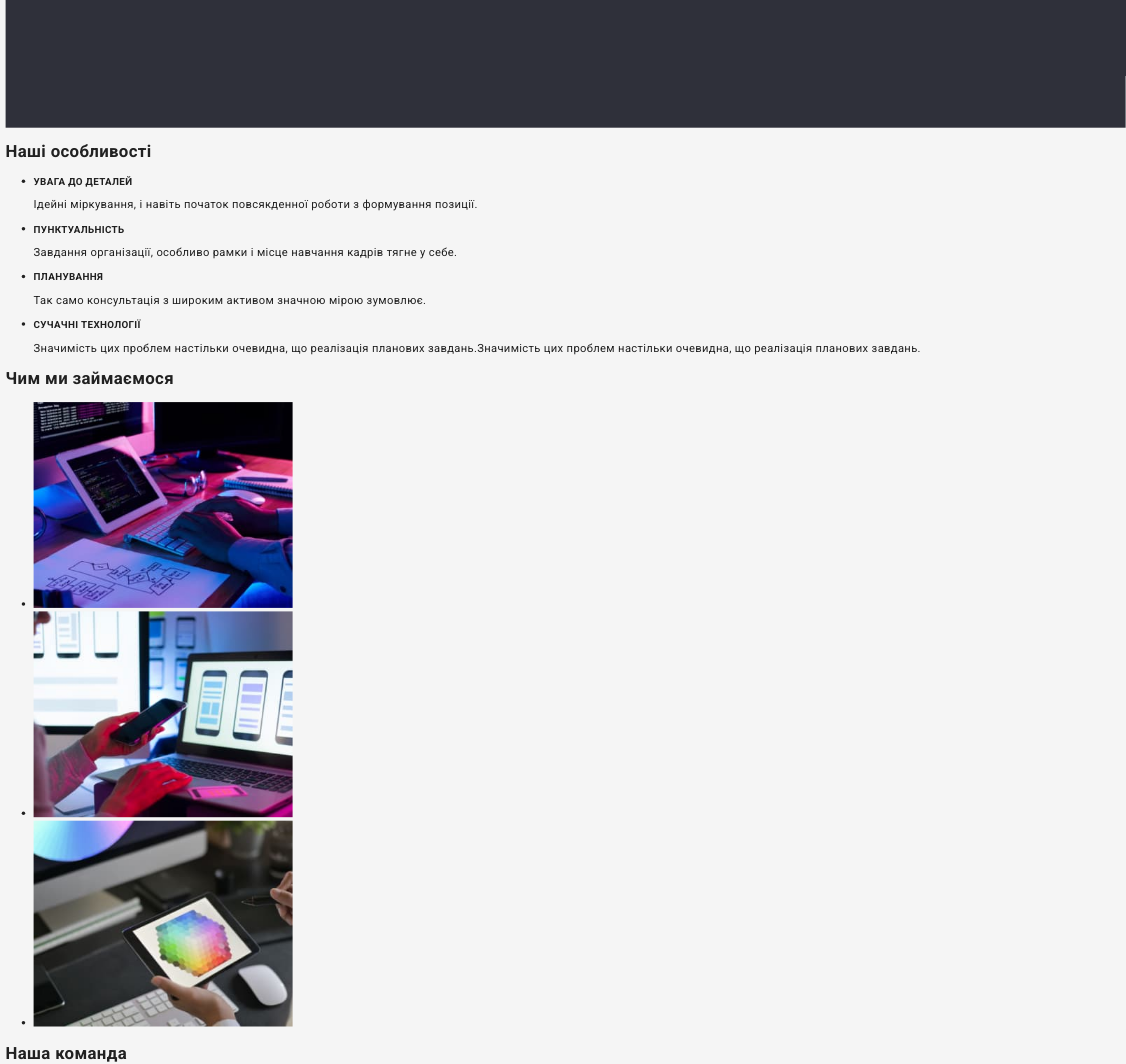
Repository: Mariia2811/goit-markup-hw-03
Page: index.html
The author's editor kept a copy of each file at every save. The page is drawn from the files as they stood at one save, then again after the next save.
The browser window is 1280 px wide. The page is 1608 px wide, so the pictures cover 1608 px, including what lies to the right of the window. The pictures show the part of the page from y = 619 to 2139 px (the page is 3711 px tall before and 3707 px after), at 70% of full size.

Above is the page before, as saved 2022-11-25 15:56:20.

### index.html
<!DOCTYPE html>
<html lang="uk">
  <head>
    <meta charset="UTF-8" />
    <meta http-equiv="X-UA-Compatible" content="IE=edge" />
    <meta name="viewport" content="width=device-width, initial-scale=1.0" />
    <title>Головна</title>
    <link rel="preconnect" href="https://fonts.googleapis.com">
    <link rel="preconnect" href="https://fonts.gstatic.com" crossorigin>
    <link
      href="https://fonts.googleapis.com/css2?family=Raleway:wght@700&family=Roboto:wght@400;500;700;900&display=swap"
      rel="stylesheet">
    <link rel="stylesheet" href="./css/styles.css">
  </head>
  <body>
    <header>
      <nav>
        <a href="./index.html" class="logo link-logo"><span class="logo-accent">Web</span>Studio</a>
        <ul class="list">
          <li><a href="./index.html" class="link nav">Студія</a></li>
          <li><a href="./portfolio.html">Портфоліо</a></li>
          <li><a href="#" class="link nav">Контакти</a></li>
        </ul>
      </nav>
      <ul class="list">
        <li><a href="mailto:info@devstudio.com" class="link contact">info@devstudio.com</a></li>
        <li><a href="tel:+380961111111" class="link contact">+38 096 111 11 11</a></li>
      </ul>
    </header>
    <main>
      <section class="hero">
        <h1 class="hero-title">Ефективні рішення для вашого бізнесу</h1>
        <button type="button" class="hero-button">Замовити послугу</button>
      </section>
      <section class="advantages">
        <h2>Наші особливості</h2>
        <ul>
          <li>
            <h3 class="advantages-title">Увага до деталей</h3>
            <p>
              Ідейні міркування, і навіть початок повсякденної роботи з
              формування позиції.
            </p>
          </li>
          <li>
            <h3 class="advantages-title">Пунктуальність</h3>
            <p>
              Завдання організації, особливо рамки і місце навчання кадрів тягне
              у себе.
            </p>
          </li>
          <li>
            <h3 class="advantages-title">Планування</h3>
            <p>
              Так само консультація з широким активом значною мірою зумовлює.
            </p>
          </li>
          <li>
            <h3 class="advantages-title">Сучачні технології</h3>
            <p>
              Значимість цих проблем настільки очевидна, що реалізація планових
              завдань.Значимість цих проблем настільки очевидна, що реалізація
              планових завдань.
            </p>
          </li>
        </ul>
      </section>
      <section class="work">
        <h2>Чим ми займаємося</h2>
        <ul>
          <li>
            <img
              src="./images/coding.jpg"
              alt="Процес набирання коду"
              width="370"
              />
          </li>
          <li>
            <img
              src="./images/optimization.jpg"
              alt="Дівчина тримає телефон в руках і працює за ноутбуком"
              width="370"
              />
          </li>
          <li>
            <img
              src=".//images/tablet.jpg"
              alt="На екрані планшету, який тримають в руці, зображений спектр
              кольорів"
              width="370"
              />
          </li>
        </ul>
      </section>
      <section>
        <h2>Наша команда</h2>
        <ul>
          <li>
            <img
              src="./images/designer.jpg"
              alt="Усміхнений хлопець в окулярах"
              width="270"
              />
            <h3>Ігор Дем'яненко</h3>
            <p>Product Designer</p>
          </li>
          <li>
            <img
              src="./images/developer.jpg"
              alt="Усміхнена дівчина в окулярах"
              width="270"
              />
            <h3>Ольга Рєпіна</h3>
            <p>Frontend Developer</p>
          </li>
          <li>
            <img
              src="./images/marketing.jpg"
              alt="Усміхнений хлопець"
              width="270"
              />
            <h3>Микола Тарасов</h3>
            <p>Marketing</p>
          </li>
          <li>
            <img
              src="./images/uidesigner.jpg"
              alt="Усміхнений хлопець з бородою в окулярах"
              width="270"
              />
            <h3>Михайло Єрмаков</h3>
            <p>UI Designer</p>
          </li>
        </ul>
      </section>
    </main>
    <footer>
      <a href="./index.html" class="logo-footer link-logo"><span
          class="logo-accent">Web</span>Studio</a>
      <address>
        <ul>
          <li>
            <a
              href="https://www.google.com.ua/maps/place/%D0%B1%D1%83%D0%BB.+%D0%9B%D0%B5%D1%81%D0%B8+%D0%A3%D0%BA%D1%80%D0%B0%D0%B8%D0%BD%D0%BA%D0%B8,+26,+%D0%9A%D0%B8%D0%B5%D0%B2,+02000/@50.4265807,30.5361918,17z/data=!3m1!4b1!4m5!3m4!1s0x40d4cf0e033ecbe9:0x57a4dffefec77da0!8m2!3d50.4265807!4d30.5383858?hl=ru"
              target="_blank"
              rel="noopener noreferrer nofollow" class="link address">м. Київ, пр-т Лесі Українки, 26</a>
          </li>
          <li><a href="mailto:info@devstudio.com" class="link contact-footer">info@devstudio.com</a></li>
          <li><a href="tel:+380961111111" class="link contact-footer">+38 096 111 11 11</a></li>
        </ul>
      </address>
    </footer>
  </body>
</html>

### css/styles.css
:root {
    --color-primary: #212121;
    --color-secondary: #757575;
    --color-accent: #2196F3;
    --color-background: #F5F5F5;
    --white-accent: #FFFFFF;
    --secondary-background: #2F303A;
}

body {
    color: var(--color-primary);
    font-family: 'Roboto', sans-serif;
    font-size: 16px;
    font-weight: 600px;
    background-color: var(--color-background);
    line-height: 1.17;
    letter-spacing: 0.03em;
    width: 1600px;
}

.logo,
.logo-accent,
.logo-footer {
    font-family: 'Raleway', sans-serif;
    font-size: 26px;
    font-weight: 700;
    line-height: 1.19;
}

.logo {
    color: #000;
}

.logo-accent {
    color: var(--color-accent);
}

.logo-footer {
    color: var(--white-accent);
}

.link {
    text-decoration: none;
    font-style: normal;
}

.link-logo {
    text-decoration: none;
}

.nav,
.contact {
    font-size: 14px;
    font-weight: 500;
    line-height: 1.14;
    letter-spacing: 0.02em;
}

.nav {
    color: var(--color-primary);
}

.contact {
    color: var(--color-secondary);
}

.link:hover,
.link:focus {
    color: var(--color-accent);
}

.hero {
    background-color: var(--secondary-background);
    width: 1600px;
    height: 600px;
}

.hero-title {
    color: var(--white-accent);
    font-size: 44px;
    line-height: 1.36;
    width: 696px;
    height: 120px;
    text-align: center;
    font-weight: 900;
    text-transform: uppercase;
    letter-spacing: 0.06em;
}

.hero-button {
    background-color: var(--color-accent);
    font-size: inherit;
    font-family: inherit;
    font-weight: 700;
    line-height: 1.88;
    letter-spacing: 0.06em;
    width: 216px;
    height: 50px;
    color: var(--white-accent);
    box-shadow: 0px 4px 4px rgba(0, 0, 0, 0.15);
    border-radius: 4px;
    border: none;
    cursor: pointer;
}

.filter {
    background-color: #f5f4fa;
    color: var(--color-primary);
    font-size: inherit;
    font-family: inherit;
    font-weight: 500;
    line-height: 1.62;
    letter-spacing: inherit;
    border-radius: 4px;
    border: none;
    cursor: pointer;
}

.filter:hover,
.filter:focus {
    background-color: var(--color-accent);
    color: var(--white-accent);
    box-shadow: 0px 3px 1px rgba(0, 0, 0, 0.1), 0px 1px 2px rgba(0, 0, 0, 0.08),
        0px 2px 2px rgba(0, 0, 0, 0.12);
}

.hero-button:hover,
.hero-button:focus {
    background-color: #188ce8;
}

.advantages,
.work {
    background-color: var(--color-background);
}

.advantages-title {
    font-size: 14px;
    font-weight: 700;
    text-transform: uppercase;
}

.list {
    list-style-type: none;
}

.description {
    color: var(--color-secondary);
    font-size: 14px;
    font-weight: 400;
    line-height: 1.71;
    width: 270px;
}

.title {
    font-size: 36px;
    font-weight: 700;
    text-align: center;
}

.team {
    background-color: #f5f4fa;
}

.team-title {
    font-weight: 500;
    font-size: 16px;
}

.text {
    color: var(--color-secondary);
    font-weight: 400;
}

.work-title~.text {
    line-height: 1.88;
}

.work-title {
    font-size: 18px;
    font-weight: 700;
    line-height: 2;
    letter-spacing: 0.06em;
}

.footer {
    background-color: var(--secondary-background);
    height: 252px;
}

.address,
.contact-footer {
    font-size: 14px;
    font-weight: 400;
}

.address {
    color: var(--white-accent);
}

.contact-footer {
    color: rgba(255, 255, 255, 0.6);
}

.footer .link {
    line-height: 1.71;
}

After the next save:
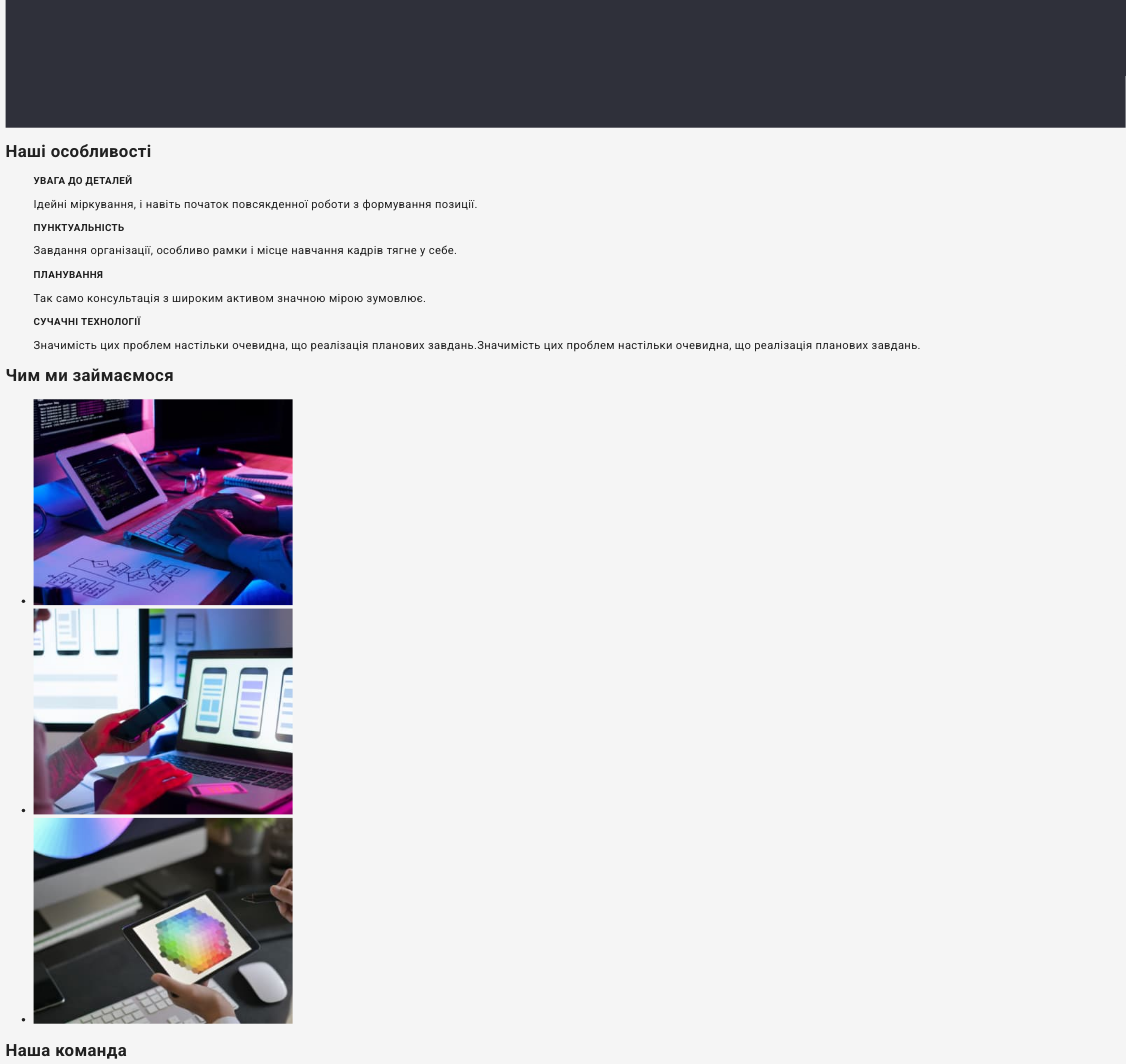
Saved 20 s later.
--- a/index.html
+++ b/index.html
@@ -34,7 +34,7 @@
       </section>
       <section class="advantages">
         <h2>Наші особливості</h2>
-        <ul>
+        <ul class="list">
           <li>
             <h3 class="advantages-title">Увага до деталей</h3>
             <p>
